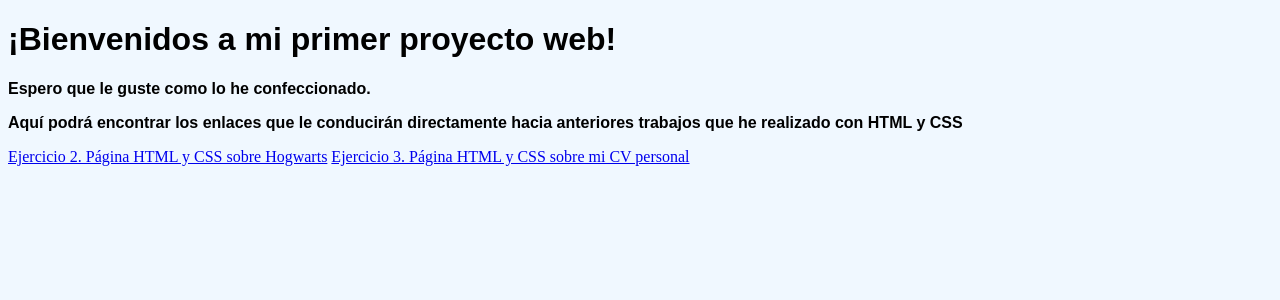
Repository: Pablosky971/Ejercicio-4.-Proyecto-Web
Page: http://localhost/Ejercicio4/
The author's editor kept a copy of each file at every save. The page is drawn from the files as they stood at one save, then again after the next save.
The browser window is 1280 px wide. The pictures show the whole page.
The page is served by Tomcat 9.

Above is the page before, as saved 2022-03-09 12:36:30.

After the next save:
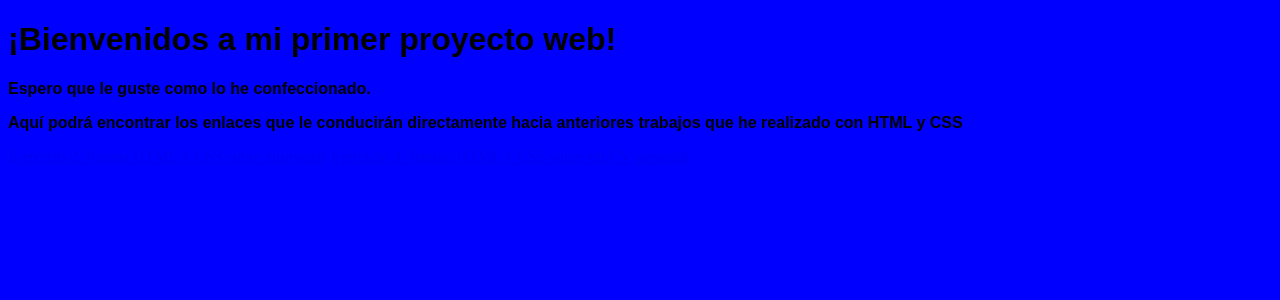
Saved 42 s later.
--- a/Ejercicio4/src/main/webapp/css/index.css
+++ b/Ejercicio4/src/main/webapp/css/index.css
@@ -1,5 +1,5 @@
 body {
-	background-color: aliceblue;
+	background-color: blue;
 
 }
 h1.titulo {
